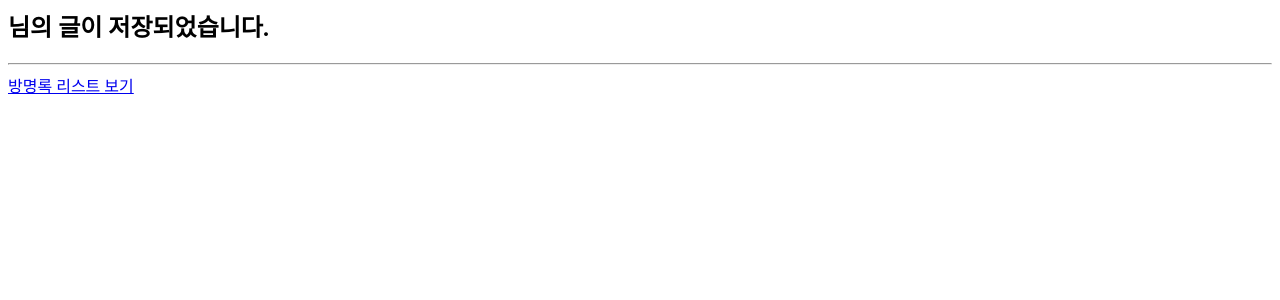
Repository: kdg0109/multicampus_course
Page: http://localhost/edu/visitor2
An editor plug-in stored every save of this project. The page is shown before and after the next save, followed by the edit.
The browser window is 1280 px wide. The pictures show the whole page.
The page is served by Tomcat 9. Other server files are loaded and not shown. Queries for data that is not in the repository find no rows.

Above is the page before, as saved 2018-02-07 02:30:41.

### web course/workspace_web/edu/src/core/VisitorServlet2.java
package core;

import java.io.IOException;
import java.io.PrintWriter;
import java.sql.Connection;
import java.sql.DriverManager;
import java.sql.PreparedStatement;
import java.sql.ResultSet;
import java.sql.SQLException;
import java.sql.Statement;

import javax.servlet.ServletException;
import javax.servlet.annotation.WebServlet;
import javax.servlet.http.HttpServlet;
import javax.servlet.http.HttpServletRequest;
import javax.servlet.http.HttpServletResponse;

@WebServlet("/visitor2")
public class VisitorServlet2 extends HttpServlet {
	//DB의 리스트를 읽어서 html로 뿌릴 것
	protected void doGet(HttpServletRequest request, HttpServletResponse response) throws ServletException, IOException {
		Connection conn = null;
		Statement stmt = null;
		ResultSet rs = null;
		String name = "";
		response.setContentType("text/html; charset=utf-8");
		PrintWriter out = response.getWriter();
		try {
			//DB 접근
			Class.forName("oracle.jdbc.driver.OracleDriver");
			conn = DriverManager.getConnection("jdbc:oracle:thin:@localhost:1521:XE", "jdbctest", "jdbctest");
			stmt = conn.createStatement();

			rs = stmt.executeQuery("select name, writedate, memo from visitor");

			while(rs.next()){
				out.write(rs.getString("name"));
				out.write(rs.getString("writedate"));
				out.write(rs.getString("memo"));
				out.write("<br>");
			}

		} catch(ClassNotFoundException e){
			System.out.println("JDBC 드라이버 로딩 오류");
			return;
		} catch(SQLException e) {
			e.printStackTrace();
		} finally {
			try{
				if(rs != null)				rs.close();
				if(stmt != null)			stmt.close();
				if(conn != null)			conn.close();
			} catch(SQLException e) {
				System.out.println("close 오류 발생");
			}
		}

		out.println("<h2>" + name + "님의 글이 저장되었습니다. </h2>");
		out.print("<hr><a href='/edu/htmlexam/visitor.html'>방명록 리스트 보기</a>");
		out.close();
	}

	//visitor.html에 데이터를 받아서 디비에 넣을것
	protected void doPost(HttpServletRequest request, HttpServletResponse response) throws ServletException, IOException {
		Connection conn = null;
		PreparedStatement pstmt = null;
		String name = "";
		try {
			//DB 접근
			Class.forName("oracle.jdbc.driver.OracleDriver");
			conn = DriverManager.getConnection("jdbc:oracle:thin:@localhost:1521:XE", "jdbctest", "jdbctest");
			pstmt = conn.prepareStatement("insert into visitor values (?, sysdate, ?)");
			request.setCharacterEncoding("utf-8");		//읽고 유니코드(utf-16)를 변환시켜내야함
			name = request.getParameter("name");
			pstmt.setString(1, name);
			pstmt.setString(2,  request.getParameter("memo"));
			pstmt.executeUpdate();
		} catch(ClassNotFoundException e){
			System.out.println("JDBC 드라이버 로딩 오류");
			return;
		} catch(SQLException e) {
			e.printStackTrace();
		} finally {
			try{
				if(pstmt != null)
					pstmt.close();

				if(conn != null)
					conn.close();
			} catch(SQLException e) {
				System.out.println("close 오류 발생");
			}
		}

		//html로 부터 post 받은 것
		response.setContentType("text/html; charset=utf-8");
		PrintWriter out = response.getWriter();
		request.setCharacterEncoding("utf-8");		//읽고 유니코드(utf-16)를 변환시켜내야함
		out.println("<h2>" + name + "님의 글이 저장되었습니다. </h2>");
		out.print("<a href='/edu/visitor2'>방명록 리스트 보기</a>"); //servlet에서 href사용하면 get방식임
		out.close();
	}
}

After the next save:
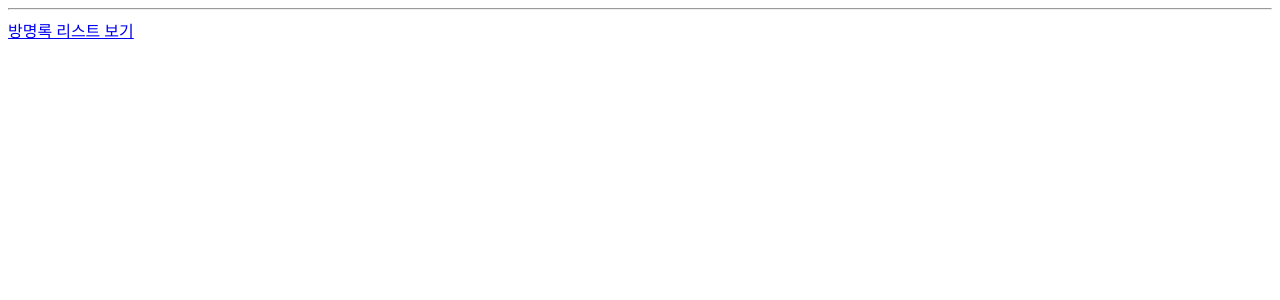
Saved 18 s later.
--- a/web course/workspace_web/edu/src/core/VisitorServlet2.java
+++ b/web course/workspace_web/edu/src/core/VisitorServlet2.java
@@ -55,7 +55,6 @@ public class VisitorServlet2 extends HttpServlet {
 			}
 		}
 
-		out.println("<h2>" + name + "님의 글이 저장되었습니다. </h2>");
 		out.print("<hr><a href='/edu/htmlexam/visitor.html'>방명록 리스트 보기</a>");
 		out.close();
 	}
